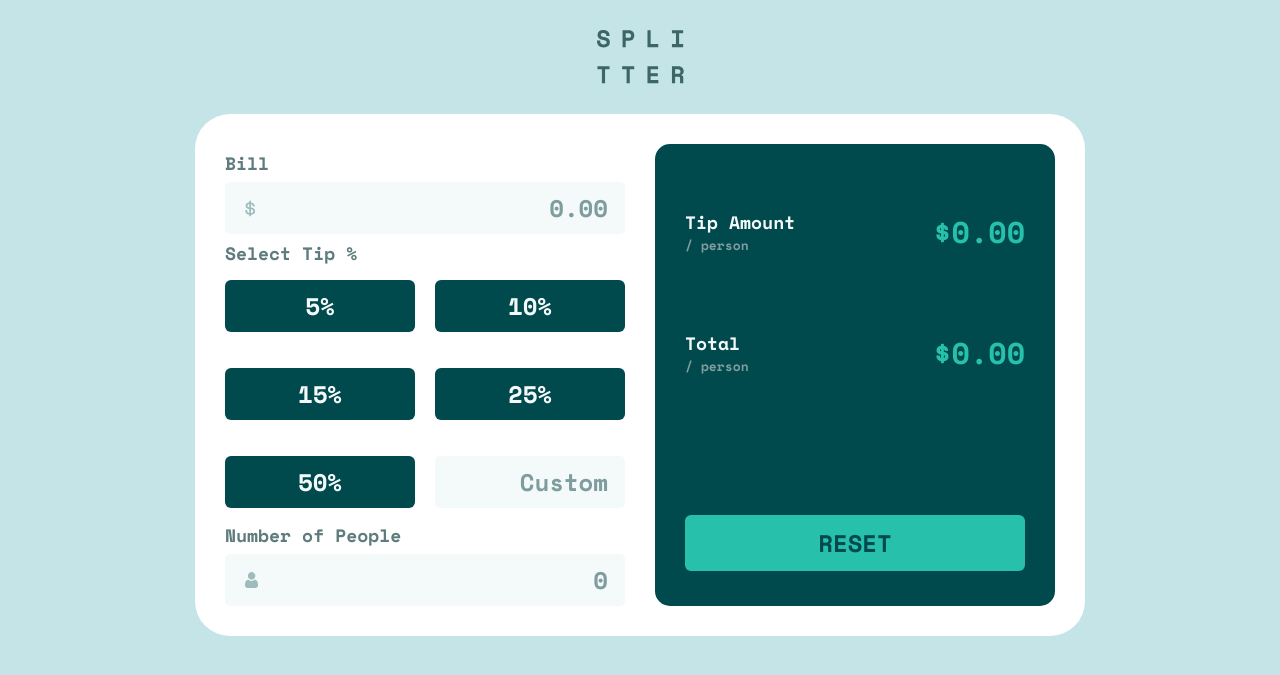
Repository: tomas938/tipcalculator
Page: /
An editor plug-in stored every save of this project. The page is shown before and after the next save, followed by the edit.
The browser window is 1280 px wide. The pictures show the whole page.
The project was rebuilt for these pictures with package versions that can differ from the ones it lists, and the page was loaded fresh each time.

Above is the page before, as saved 2021-08-04 13:40:50.

After the next save:
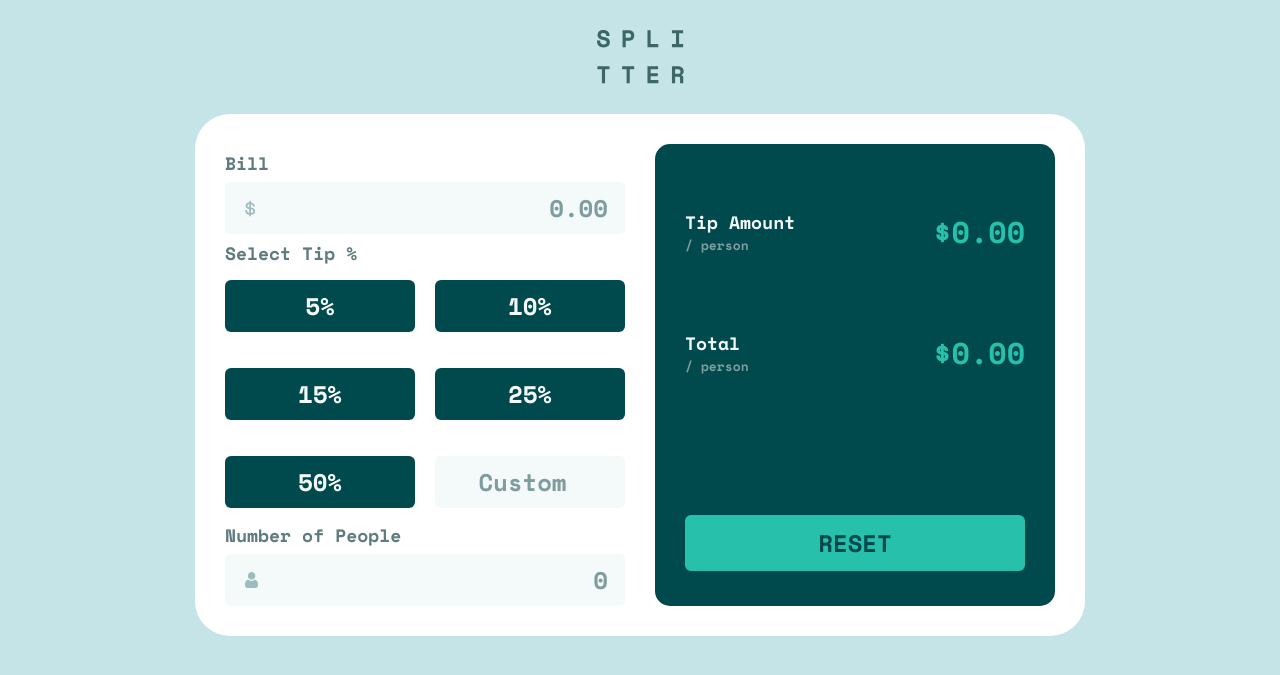
Saved 17 s later.
--- a/src/components/Splitter.vue
+++ b/src/components/Splitter.vue
@@ -244,8 +244,10 @@ h3 {
 	&:hover {
 		background-color: transparent;
 	}
-	&::placeholder {
-		text-align: center;
+	input {
+		&::placeholder {
+			text-align: center;
+		}
 	}
 }
 .down {
